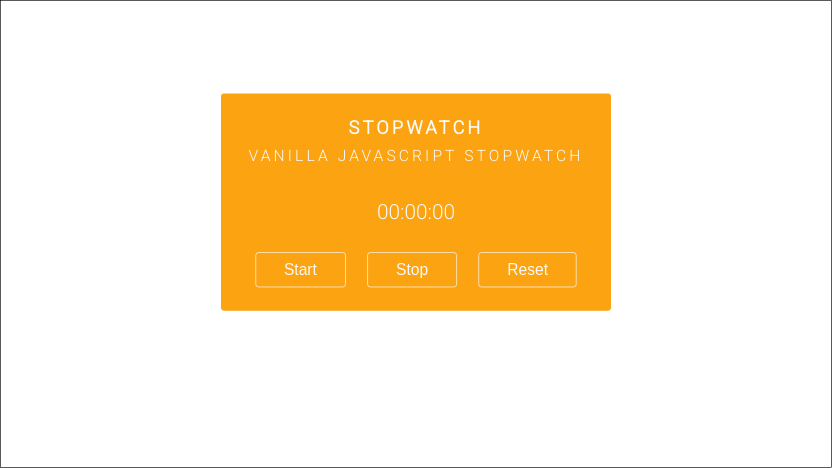
Repository: siaxiong/siaxiong.github.io
Page: doc/stopWatch.html
The author's editor kept a copy of each file at every save. The page is drawn from the files as they stood at one save, then again after the next save.
The browser window is 1280 px wide. The pictures show the whole page, at 65% of full size.

Above is the page before, as saved 2021-03-11 16:26:09.

### doc/stopWatch.html
<!DOCTYPE html>
<html lang="en">

<head>
    <meta charset="UTF-8">
    <meta http-equiv="X-UA-Compatible" content="IE=edge">
    <meta name="viewport" content="width=device-width, initial-scale=1.0">
    <link rel="preconnect" href="https://fonts.gstatic.com">
    <link href="https://fonts.googleapis.com/css2?family=Roboto:wght@300&display=swap" rel="stylesheet">
    <title>StopWatch</title>
</head>

<style>
    * {
        box-sizing: border-box;
        padding: 0;
        margin: 0;
    }


    .container {
        border: 1px solid black;
        height: 100vh;
    }

    .stopwatch {
        margin: 0 auto;
        max-width: 600px;
        width: 100%;

        color: #f8f9fa;
        font-family: 'Roboto', sans-serif;
        text-align: center;

        font-size: 1.5rem;
        border-radius: 0.2em;

    }

    .stopwatch--orange {
        background-color: #fca311;

    }

    .stopwatch__title,
    .stopwatch__buttons {
        padding: 1.5em;
        /* margin: 1em 0; */
        /* border: 1px solid yellow; */
    }

    .stopwatch__title {
        overflow-wrap: break-word;
        letter-spacing: 0.2em;
        /* font-size: 1.5rem; */
    }

    .stopwatch__title>* + *{
        margin: 0.5em 0;

    }

    .stopwatch__buttons {
        display: flex;
        justify-content: space-around;
        flex-wrap: wrap;
    }

    .stopwatch__button:focus {
        /* outline: none */
    }



    .stopwatch__time {
        overflow-wrap: break-word;
        font-size: 2rem;
        padding: 0.2em;
    }

    .stopwatch__buttons>* {
        border: 1px solid #fff;
        border-radius: 0.2em;
        padding: 0.5em 1.8em;
        font-size: inherit;
        color: inherit;
        background-color: inherit;

    }

    .stopwatch--position {
        position: absolute;
        top: 20%;
        left: 50%;
        transform: translateX(-50%);

    }

    .stopwatch--medium {
        font-size: 1.5rem;
    }

    @media only screen and (max-width: 700px) {
        .stopwatch {
            max-width: 90%;
        }
    }

    @media only screen and (max-width:556px) {
        .stopwatch__buttons>* {
            flex: 1;
        }
    }
</style>

<body>

    <!-----USE BEM METHODOLOGY-->
    <div class="container">

        <div class="stopwatch stopwatch--orange stopwatch--medium stopwatch--position">
            <div class="stopwatch__title">
                <h3>STOPWATCH</h3>
                <p>VANILLA JAVASCRIPT STOPWATCH</p>
            </div>

            <div id="stopwatch__time" class="stopwatch__time">
                00:00:00

            </div>

            <div class="stopwatch__buttons">
                <button id="stopwatch__button--start" class="stopwatch__button">
                    Start
                </button>
                <button id="stopwatch__button--stop" class="stopwatch__button">
                    Stop
                </button>
                <button id="stopwatch__button--reset"class="stopwatch__button">
                    Reset
                </button>
            </div>

        </div>

    </div>

    <script>

        let startButton = document.getElementById('stopwatch__button--start');
        let stopButton = document.getElementById('stopwatch__button--stop');
        let resetButton = document.getElementById('stopwatch__button--reset');

        let startTime;
        let elapsedTime = 0;
        let timerInterval;

        startButton.addEventListener("click", start);
        stopButton.addEventListener("click", stop);
        resetButton.addEventListener("click", reset);



        function start(){
            startTime = Date.now() - elapsedTime;
            timerInterval = setInterval(function printTime(){
                elapsedTime = Date.now() - startTime;
                print(timeToString(elapsedTime));
            }, 10)
        }

        function stop(){
            clearInterval(timerInterval);
        }

        function reset(){
            clearInterval(timerInterval);
            print("00:00:00");
            elapsedTime = 0;
        }

        function print(txt){
            document.getElementById("stopwatch__time").innerHTML = txt;
        }

        function timeToString(time) {

            let diffInHrs = time / 3600000;
            let hh = Math.floor(diffInHrs)

            let diffInMin = (diffInHrs - hh) * 60;
            let mm = Math.floor(diffInMin)

            let diffInSec = (diffInMin - mm) * 60;
            let ss = Math.floor(diffInSec);

            let DiffInMs = (diffInSec - ss) * 100;
            let ms = Math.floor(DiffInMs);


            let formattedMM = mm.toString().padStart(2, "0");
            let formattedSS = ss.toString().padStart(2, "0");
            let formattedMS = ms.toString().padStart(2, "0");


            return `${formattedMM}:${formattedSS}:${formattedMS}`;
        }




    </script>


</body>

</html>

After the next save:
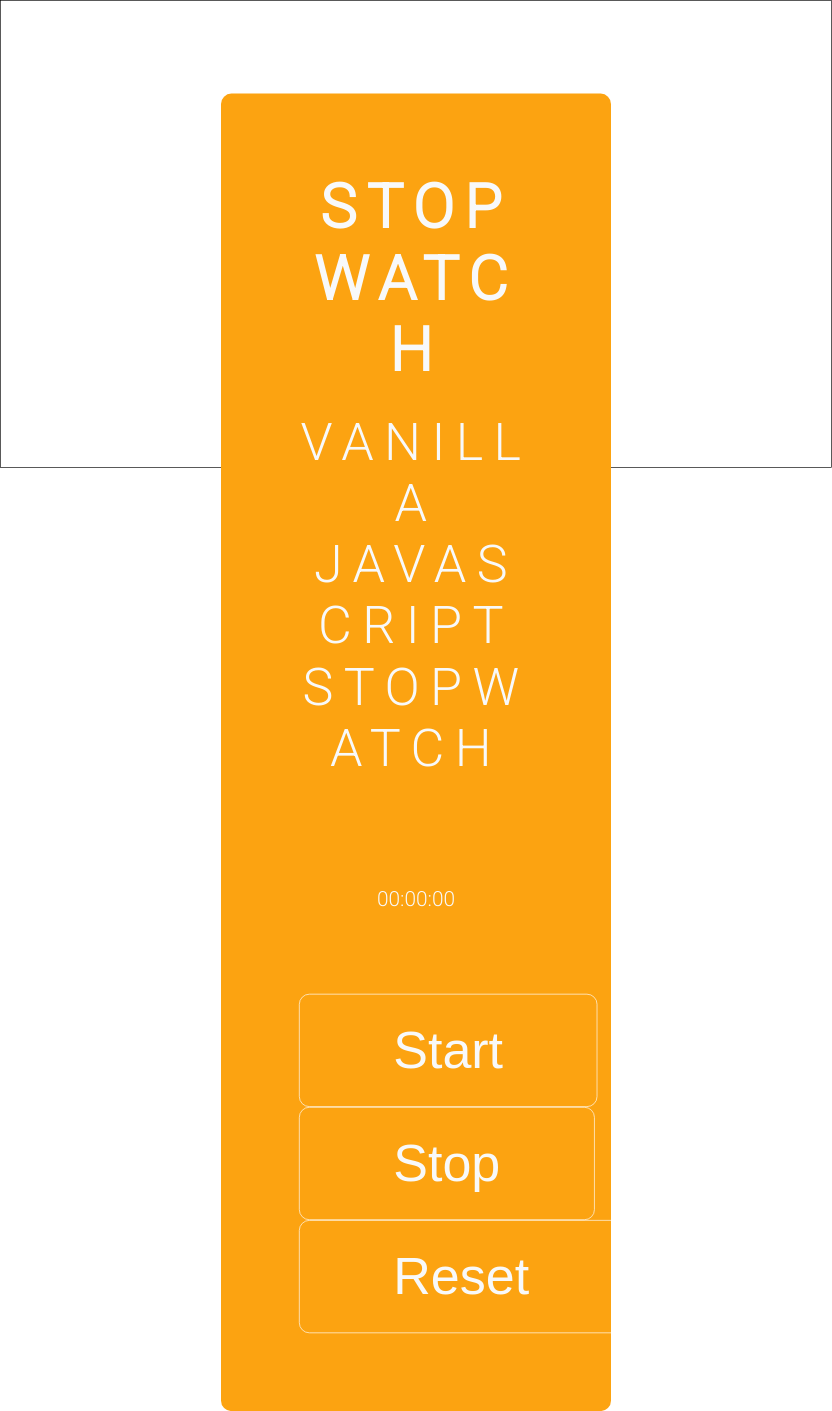
Saved 18 s later.
--- a/doc/stopWatch.html
+++ b/doc/stopWatch.html
@@ -97,7 +97,7 @@
     }
 
     .stopwatch--medium {
-        font-size: 1.5rem;
+        font-size: 5rem;
     }
 
     @media only screen and (max-width: 700px) {
